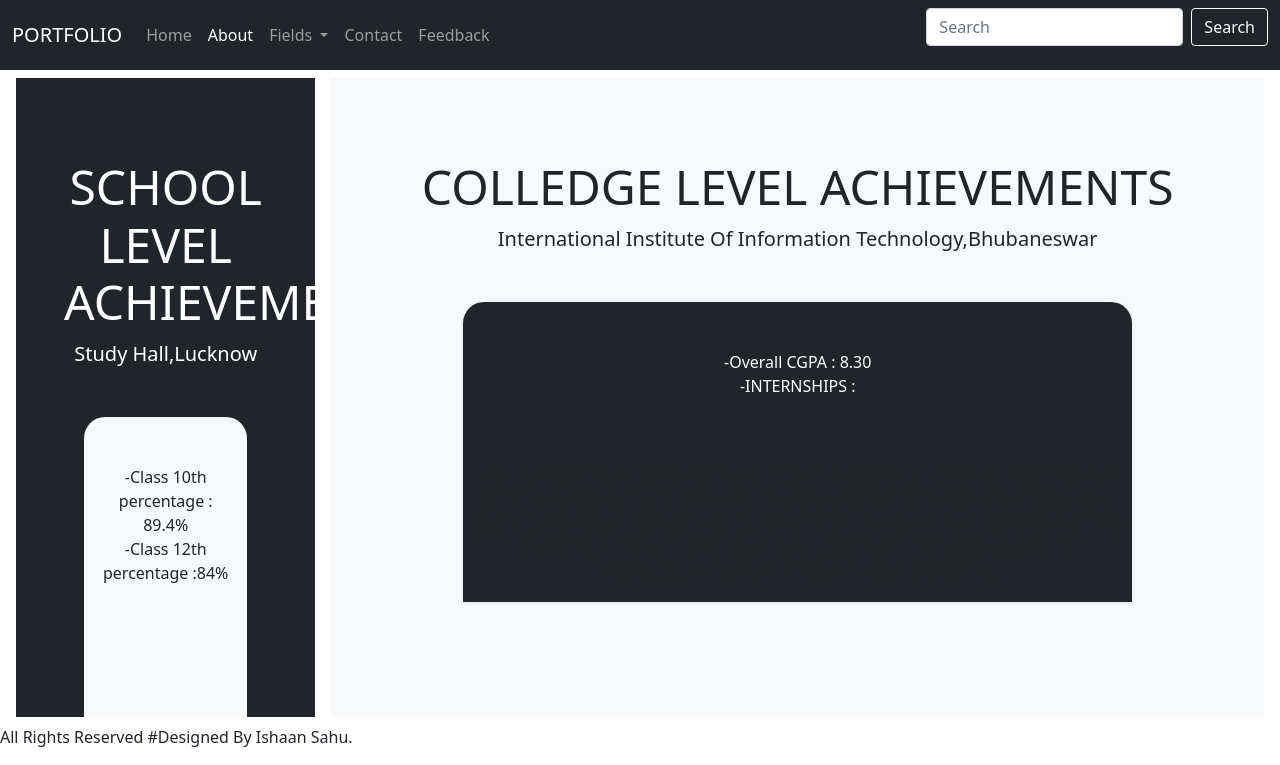
Repository: ishaan51551/Ishaan-s-Portfolio-
Page: about.html
The author's editor kept a copy of each file at every save. The page is drawn from the files as they stood at one save, then again after the next save.
The browser window is 1280 px wide. The pictures show the whole page.

Above is the page before, as saved 2023-09-13 01:50:19.

After the next save:
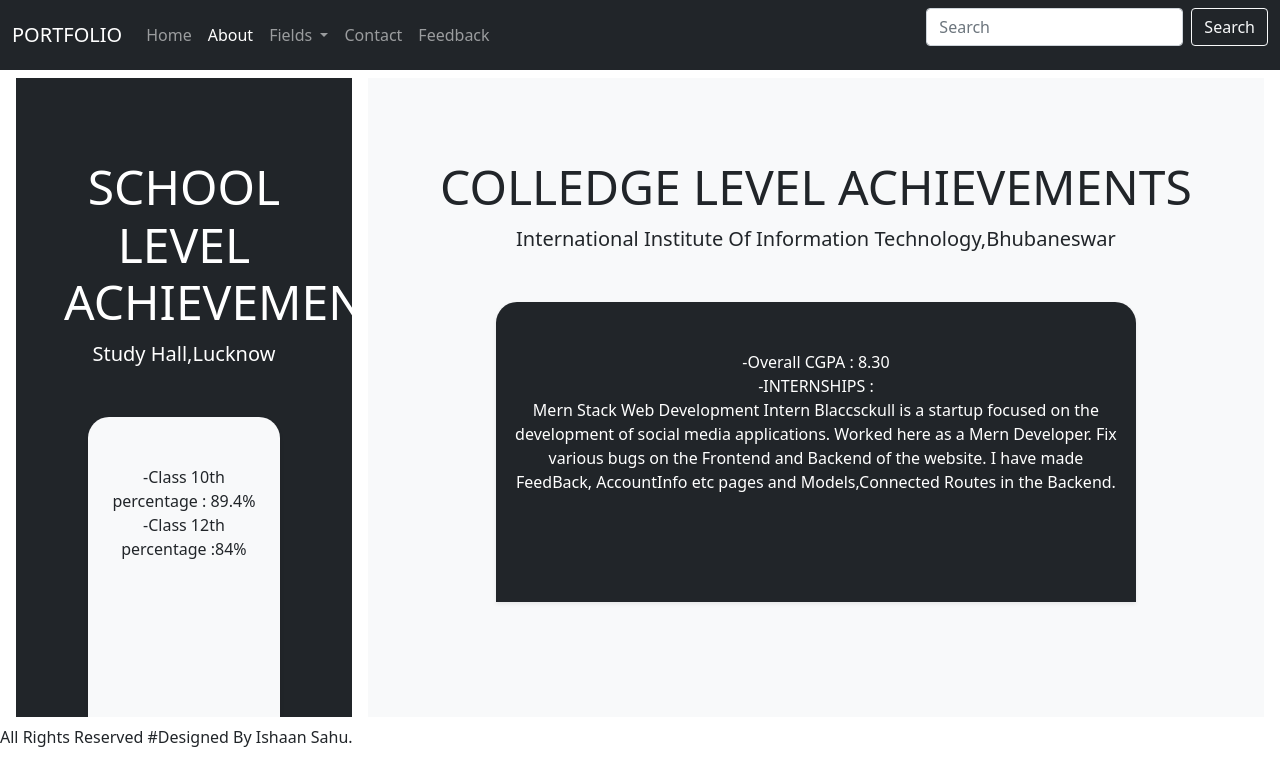
Saved 6 s later.
--- a/about.html
+++ b/about.html
@@ -91,7 +91,7 @@
       <p class="swing text-white overfow-hidden text-center px-3 py-5">
         -Overall CGPA : 8.30</br>
         -INTERNSHIPS :</br>
-        <h5>Mern Stack Web Development Intern
+         Mern Stack Web Development Intern
 
         Blaccsckull is a startup focused on the development of social media applications. Worked here as a Mern Developer.
         Fix various bugs on the Frontend and Backend of the website.
